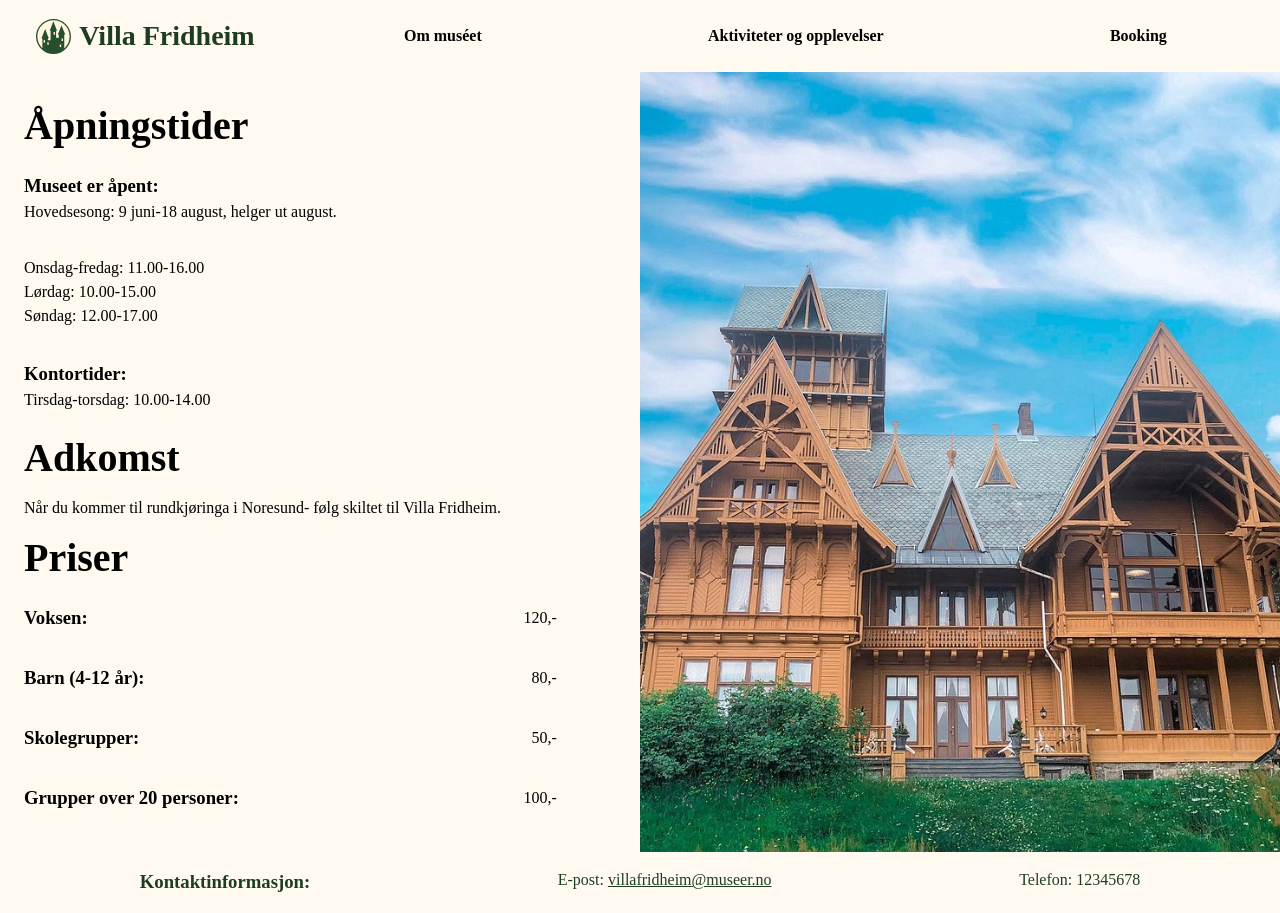
Repository: IdaHolmen/villa-fridheim
Page: src/info.html
These files come from the project's save history. The page is drawn as it stood at one moment and after the next save; the edit follows.
The browser window is 1280 px wide. The pictures show the whole page.
Some web fonts or font styles are not loaded; a fallback is used.

Above is the page before, as saved 2024-10-16 07:29:56.

After the next save:
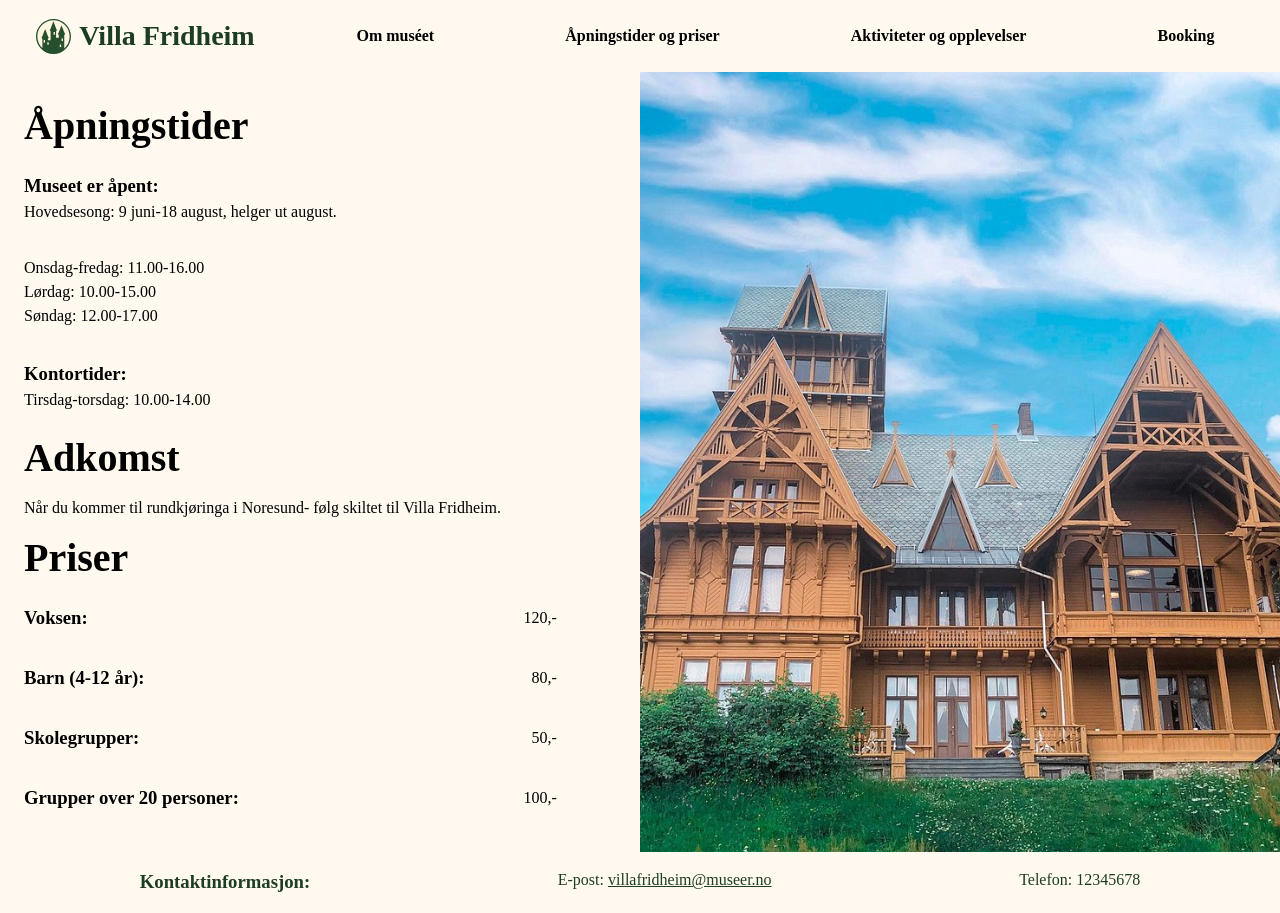
Saved 33 s later.
--- a/src/info.html
+++ b/src/info.html
@@ -22,6 +22,7 @@
 
             <nav class="nav-bar">
                 <a href="about.html" class="nav-link">Om muséet</a>
+                <a href="info.html" class="nav-link">Åpningstider og priser</a>
                 <a href="activities.html" class="nav-link">Aktiviteter og opplevelser</a>
                 <a href="booking.html" class="nav-link">Booking</a>
             </nav>
